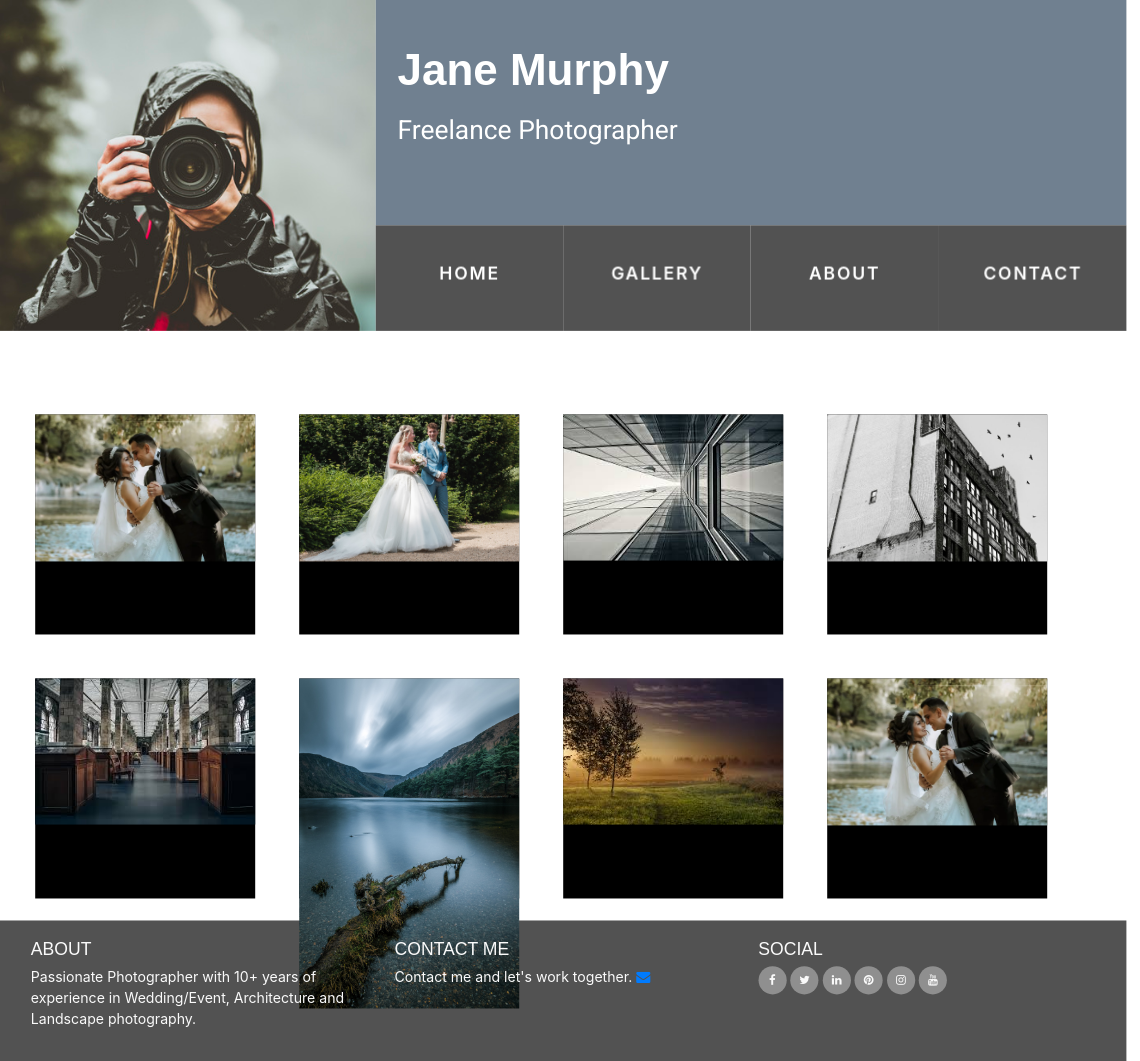
Repository: Code-Institute-Submissions/MrChrisRandall-milestone-1
Page: gallery.html
The author's editor kept a record of every edit. The page is drawn from the files as they stood at one moment, then again after the next edit.
The browser window is 1280 px wide. The page is 1295 px wide, so the pictures cover 1295 px, including what lies to the right of the window. The pictures show the whole page, at 88% of full size.

Above is the page before.

### gallery.html
<!DOCTYPE html>
<html lang="en">

<head>
    <meta charset="UTF-8">
    <meta name="viewport" content="width=device-width, initial-scale=1.0">
    <meta http-equiv="X-UA-Compatible" content="ie=edge">
    <link rel="stylesheet" href="https://stackpath.bootstrapcdn.com/bootstrap/4.3.1/css/bootstrap.min.css" type="text/css" />
    <link rel="stylesheet" href="https://stackpath.bootstrapcdn.com/font-awesome/4.7.0/css/font-awesome.min.css" type="text/css" />
    <link rel="stylesheet" href="https://cdnjs.cloudflare.com/ajax/libs/hover.css/2.3.1/css/hover-min.css" type="text/css" />
    <link rel="stylesheet" href="assets/css/style.css" type="text/css" />
    <title>Studio 21</title>
</head>

<body>
    <header>
        <div class="row no-gutters">
            <a href="index.html" class="col-md-4 logo">

            </a>
            <div class="col-md-8">
                <div class="row no-gutters bg-color-name-title">
                    <div class="col heading">
                        <h1 class="name">Jane Murphy</h1>
                        <h2 class="title">Freelance Photographer</h2>
                    </div>
                </div>
                <div class="row no-gutters">
                    <div class="col">
                        <ul id="nav" class="list-inline menucontainer">
                            <li class="col-6 col-sm-3 ui-menu-color-home list-inline-item menuitem">
                                <a href="index.html" class="hvr-grow-shadow"><span>Home</span></a>
                            </li>
                            <li class="col-6 col-sm-3 ui-menu-color-gallery list-inline-item menuitem">
                                <a href="gallery.html" class="hvr-grow-shadow"><span>Gallery</span></a>
                            </li>
                            <li class="col-6 col-sm-3 ui-menu-color-about list-inline-item menuitem">
                                <a href="about.html" class="hvr-grow-shadow"><span>About</span></a>
                            </li>
                            <li class="col-6 col-sm-3 ui-menu-color-contact list-inline-item menuitem">
                                <a href="contact.html" class="hvr-grow-shadow"><span>Contact</span></a>
                            </li>
                        </ul>
                    </div>
                </div>

            </div>
        </div>

    </header>

    <section class="container-fluid">

        <div class="flex-container">
            <div class="box">
                <div class="imgBox">
                    <img src="assets/images/wedding1.jpg"></img>
                </div>
            </div>
            <div class="box">
                <div class="imgBox">
                    <img src="assets/images/wedding2.jpg"></img>
                </div>
            </div>
            <div class="box">
                <div class="imgBox">
                    <img src="assets/images/a1.jpg"></img>
                </div>
            </div>
            <div class="box">
                <div class="imgBox">
                    <img src="assets/images/a2.jpg"></img>
                </div>
            </div>
            <div class="box">
                <div class="imgBox">
                    <img src="assets/images/a3.jpg"></img>
                </div>
            </div>
            <div class="box">
                <div class="imgBox">
                    <img src="assets/images/l1.jpg"></img>
                </div>
            </div>
            <div class="box">
                <div class="imgBox">
                    <img src="assets/images/l2.jpg"></img>
                </div>
            </div>
            <div class="box">
                <div class="imgBox">
                    <img src="assets/images/wedding1.jpg"></img>
                </div>
            </div>
        </div>
    </section>

    <footer class="container-fluid">
        <div id="footer-details" class="row">
            <div class="col-sm-4">
                <h5 class="uppercase general-sub">About</h5>
                <p class="inline-block">
                    Passionate Photographer with 10+ years of experience in Wedding/Event, Architecture and Landscape photography.
                </p>
            </div>
            <div class="col-sm-4">
                <h5 class="uppercase general-sub">Contact Me</h5>
                <p class="inline-block">
                    Contact me and let's work together.
                    <a href="contact.html" class="contant-link">
                        <i class="fa fa-envelope" aria-hidden="true"></i>
                        <span class="sr-only">Contact link.</span>
                    </a>
                </p>
            </div>
            <div class="col-sm-4">
                <h5 class="uppercase general-sub">Social</h5>
                <ul class="list-inline social-links">
                    <li class="list-inline-item">
                        <a target="_blank" href="#">
                            <i class="fa fa-facebook" aria-hidden="true"></i>
                            <span class="sr-only">Facebook</span>
                        </a>
                    </li>
                    <li class="list-inline-item">
                        <a target="_blank" href="#">
                            <i class="fa fa-twitter" aria-hidden="true"></i>
                            <span class="sr-only">Twitter</span>
                        </a>
                    </li>
                    <li class="list-inline-item">
                        <a target="_blank" href="#">
                            <i class="fa fa-linkedin" aria-hidden="true"></i>
                            <span class="sr-only">LinkedIn</span>
                        </a>
                    </li>
                    <li class="list-inline-item">
                        <a target="_blank" href="#">
                            <i class="fa fa-pinterest" aria-hidden="true"></i>
                            <span class="sr-only">Pinterest</span>
                        </a>
                    </li>
                    <li class="list-inline-item">
                        <a target="_blank" href="#">
                            <i class="fa fa-instagram" aria-hidden="true"></i>
                            <span class="sr-only">Instagram</span>
                        </a>
                    </li>
                    <li class="list-inline-item">
                        <a target="_blank" href="#">
                            <i class="fa fa-youtube" aria-hidden="true"></i>
                            <span class="sr-only">YouTube</span>
                        </a>
                    </li>
                </ul>
            </div>
        </div>
    </footer>

</body>

</html>

### assets/css/style.css
@import url('https://fonts.googleapis.com/css?family=Roboto&display=swap:100,200,300,400,500,600,700|Exo:100,200,300,400,500,600,700');


/*--------------------------------------------------Colors*/

.bg-color-name-title {
    background-color: #708090;
}

.ui-menu-color-home {
    background-color: #525252;
}

.ui-menu-color-gallery {
    background-color: #525252;
}

.ui-menu-color-about {
    background-color: #525252;
}

.ui-menu-color-contact {
    background-color: #525252;
}

/*--------------------------------------------------General*/

h1,
h2,
h3,
h4 {
    margin: 0;
}

.uppercase {
    text-transform: uppercase;
}

.general-sub {
    font-family: "Exo", sans-serif;
    font-weight: 300;
    color: #fafafa
}

.inline-block {
    display: inline-block;
}

.row-table {
    display: table;
}

.section-column {
    display: table-cell;
    padding: 0 30px 30px;
    float: none;
}

.history-heading,
.section-heading {
    font-family: "Exo", sans-serif;
    font-weight: 300;
    margin-top: 25px;
    margin-bottom: 40px;
}

/*--------------------------------------------------Header*/

.header {
    margin: 0;
}

.heading {
    margin-left: 25px;
}

.logo {
    background: url(../images/pic.jpg);
    background-position: center;
    background-repeat: no-repeat;
    background-size: cover;
    min-height: 360px;
}

.name {
    font-family: "Exo", sans-serif;
    font-weight: 600;
    font-size: 50px;
    margin-top: 50px;
    color: #fff;
}

.title {
    font-family: "Roboto", sans-serif;
    font-weight: 400;
    font-size: 30px;
    margin-top: 20px;
    margin-bottom: 90px;
    color: #fff;
}

.list-inline-item:not(:last-child) {
    margin: 0;
}

.menucontainer {
    font-size: 0;
}

#nav {
    margin: 0;
}

#nav li {
    font-size: 14px;
    padding: 0;
}

.menuitem {
    height: 120px;
    text-align: center;
    padding: 0;
}

.menuitem a {
    width: 100%;
    text-decoration: none;
    color: #fff;
    height: 120px;
}

.menuitem span {
    display: block;
    width: 100%;
    padding-top: 40px;
    text-align: center;
    text-transform: uppercase;
    font-size: 20px;
    font-weight: 600;
    letter-spacing: 2px;
}

/*--------------------------------------------------Footer*/

footer {
    background-color: #525252;
    color: #fafafa;
    min-height: 120px;
    margin: 0;
}

.contact-link i {
    width: 32px;
    height: 32px;
    padding: 12px 0;
    border-radius: 50%;
    font-size: 13px;
    line-height: 7px;
    text-align: center;
    color: #fafafa;
    background: #8f8f8f;
    transition: all 0.35s ease-in-out;
    -moz-transition: all 0.35s ease-in-out;
    -webkit-transition: all 0.35s ease-in-out;
    -o-transition: all 0.35s ease-in-out;
}

.social-links {
    padding-bottom: 15px;
}

.social-links li a i {
    width: 32px;
    height: 32px;
    padding: 12px 0;
    border-radius: 50%;
    font-size: 13px;
    line-height: 7px;
    text-align: center;
    color: #fafafa;
    background: #8f8f8f;
    transition: all 0.35s ease-in-out;
    -moz-transition: all 0.35s ease-in-out;
    -webkit-transition: all 0.35s ease-in-out;
    -o-transition: all 0.35s ease-in-out;
}

.social-links li a i:hover {
    background: #708090;
}

#footer-details {
    padding: 20px;
}

/*--------------------------------------------------Personal Info*/

.personal-info-item {
    margin-bottom: 20px;
    display: block;
    clear: both;
}

.personal-info-item .key,
.personal-info-item .value {
    padding-right: 8px;
    display: inline-block;
}

.personal-info-item .key p,
.personal-info-item .value p {
    margin: 0;
}

.personal-info-item .key {
    width: 30%;
    margin-right: 21px;
    padding-top: 2px;
    vertical-align: top;
}

.personal-info-item .key p {
    font-weight: 700;
}

.personal-info-item .value {
    position: relative;
    width: 60%;
}

/*--------------------------------------------------Contact Form*/

.contact-heading {
    font-family: "Exo", sans-serif;
    font-weight: 300;
    margin-top: 25px;
    margin-bottom: 20px;
}

.center-form {
    padding-top: 10px;
    margin: 0 auto;
    max-width: 70%;
}

button[type="submit"] {
    margin-top: 15px;
    margin-bottom: 20px;
    color: #fafafa;
    background-color: #e84610;
}

/*--------------------------------------------------Gallery*/

.flex-container {
    width: 1280px;
    min-height: 500px;
    background: #fff;
    margin: 70px auto 0;
    display: flex;
    flex-direction: row;
    flex-wrap: wrap;
}

.flex-container .box {
    position: relative;
    width: 250px;
    height: 250px;
    background: #000000;
    margin: 25px;
    display: inline-block
}

.flex-container .box .imgBox {
    position: relative;
}

.flex-container .box .imgBox img {
    max-width: 100%;
    transform: transition 2s;
}
.flex-container .box:hover .imgBox {

}

After the next edit:
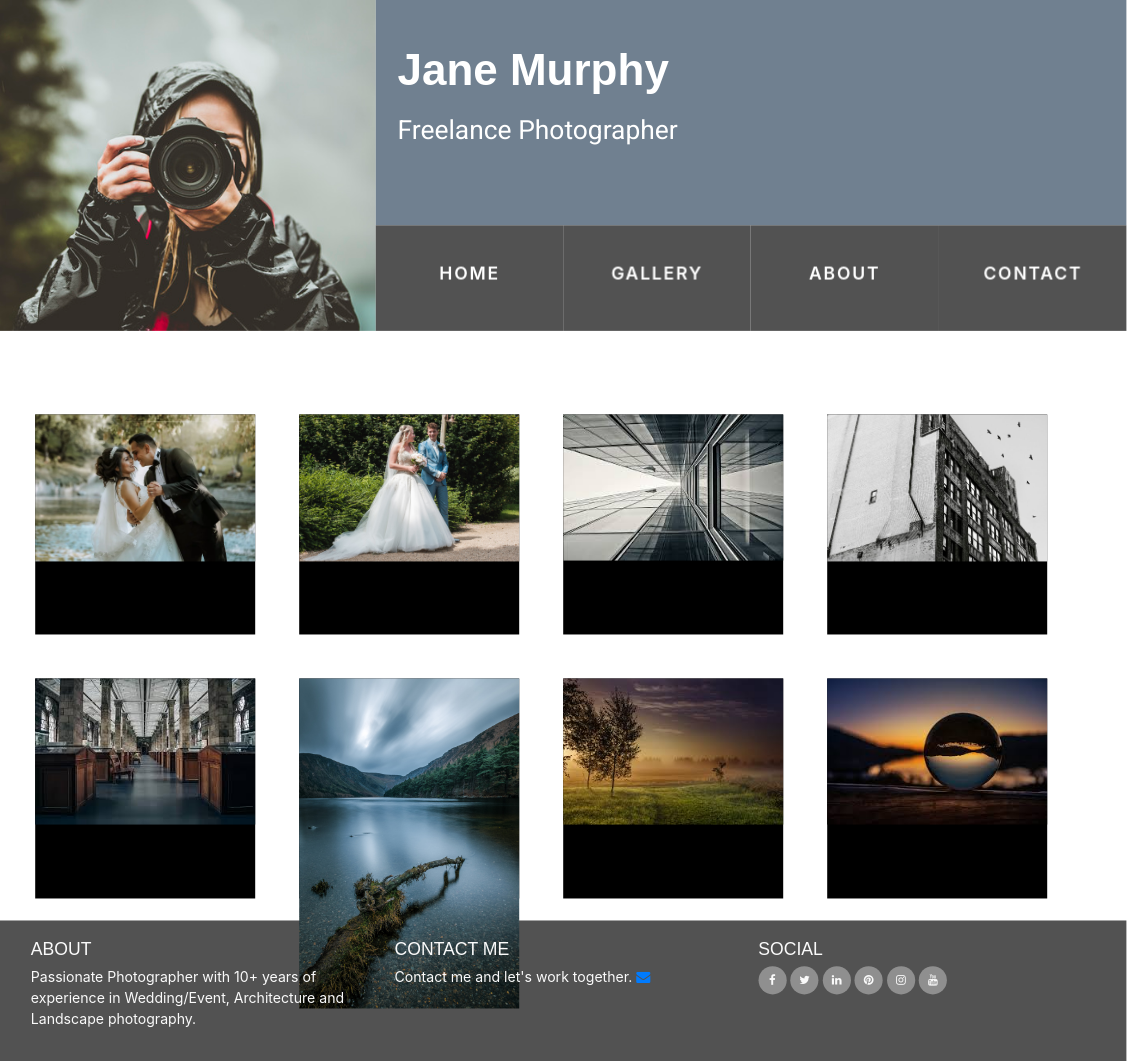
The edit:
--- a/gallery.html
+++ b/gallery.html
@@ -89,7 +89,7 @@
             </div>
             <div class="box">
                 <div class="imgBox">
-                    <img src="assets/images/wedding1.jpg"></img>
+                    <img src="assets/images/l3.jpg"></img>
                 </div>
             </div>
         </div>
